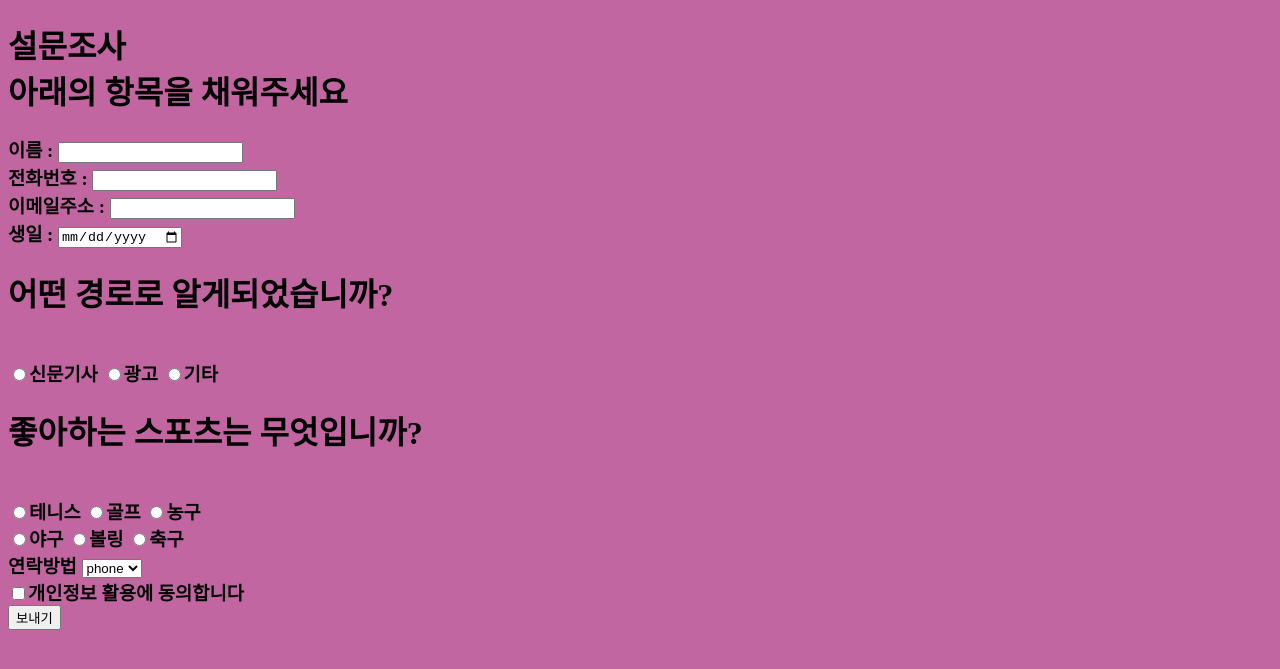
Repository: violetaplum/eclipseJSP
Page: http://localhost/JSP/jsp_DB/dao.jsp
The author's editor kept a copy of each file at every save. The page is drawn from the files as they stood at one save, then again after a run of saves.
The browser window is 1280 px wide. The pictures show the whole page.
The page is served by Tomcat 9. Other server files are loaded and not shown.

Above is the page before, as saved 2019-06-12 10:08:02.

### JSP/WebContent/jsp_DB/dao.jsp
<%@page import="java.sql.PreparedStatement"%>
<%@page import="java.sql.DriverManager"%>
<%@page import="java.sql.Connection"%>
<%@page import="java.sql.ResultSet" %>
<%@page import="java.util.ArrayList"%>
<%-- <%@page import="telinfoDAO.TelInfoDAO"%>
<%@page import="telinfoVO.TelInfoVO"%> --%>
<%@ page language="java" contentType="text/html; charset=UTF-8"
    pageEncoding="UTF-8"%>
<%request.setCharacterEncoding("utf-8");%>

<%-- <%
response.setCharacterEncoding("utf-8");
TelInfoDAO tidao = new TelInfoDAO();
ArrayList<TelInfoVO> tiArray = tidao.getAllInfo();

%> --%>
<!DOCTYPE html>
<html>
<head>
  <style>
  body
  {
    background: #c166a1;
    align:center;
  }
  </style>

</head>
<body>

<form action="./dao2.jsp" method="get">
<h1>
설문조사<br>

아래의 항목을 채워주세요<br>
</h1>
<h3>
이름 : <input type="text" name="name" /><br>
전화번호 : <input type="text" name="tel" /><br>
이메일주소 : <input type="text" name="email" /><br>
생일 : <input type="date" name="birth" /><br>
</h3>

<h1>어떤 경로로 알게되었습니까?</h1><h3><br>
<input type="radio" name="radio1" value="신문기사"/>신문기사 <input type="radio" name="radio1" value="광고"/>광고  <input type="radio" name="radio1" value="기타" />기타
</h3>
<h1>좋아하는 스포츠는 무엇입니까?</h1><h3><br>
<input type="radio" name="radio2" value="테니스" />테니스  <input type="radio" name="radio2" value="골프" />골프  <input type="radio" name="radio2" value="농구" />농구<br>
<input type="radio" name="radio2" value="야구" />야구  <input type="radio" name="radio2" value="볼링" />볼링  <input type="radio" name="radio2" value="축구" />축구<br>

연락방법  <select name="select" id="select" value="select">
          <option value="phone">
            phone
          </option>
          <option value="email">
            email
          </option>
          <option value="sms">
            sms
          </option>
</select><br>

<input type="checkbox" name="check" />개인정보 활용에 동의합니다<br>
<input type="submit" value="보내기" /><br>


</form>

</h3>


</body>
</html>

After the next 5 saves:
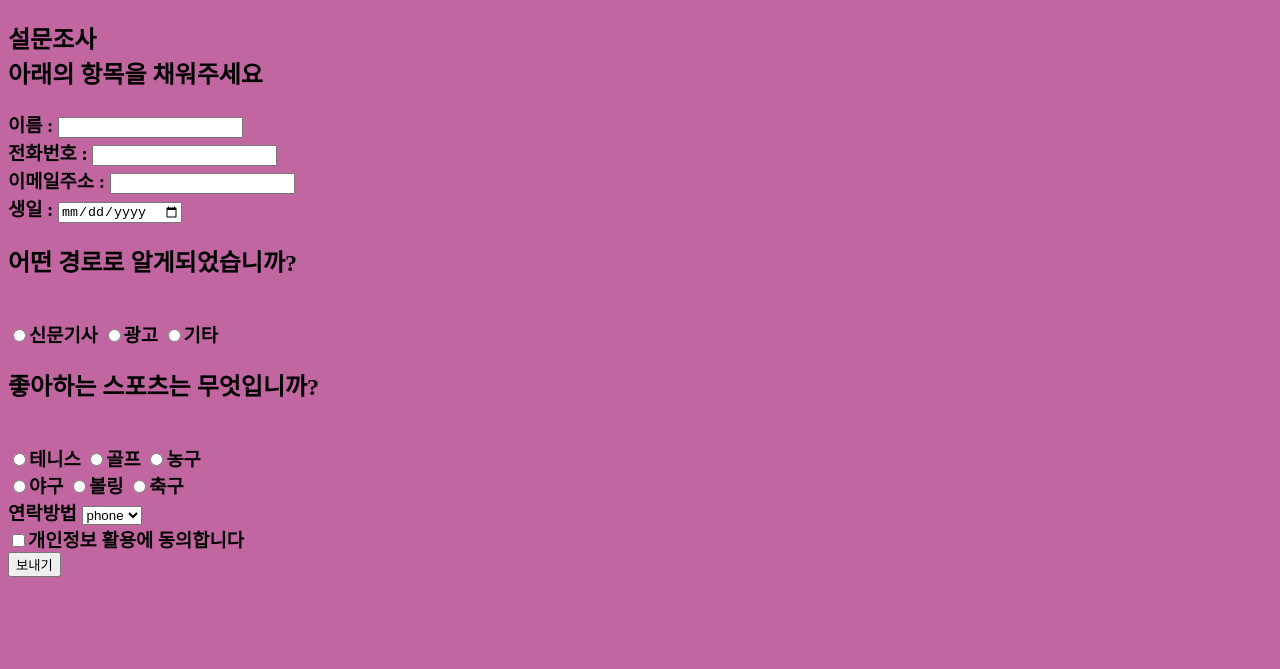
The 5 saves are shown as one change because they came seconds apart.
The last was saved 24 s later.
--- a/JSP/WebContent/jsp_DB/dao.jsp
+++ b/JSP/WebContent/jsp_DB/dao.jsp
@@ -30,11 +30,11 @@ ArrayList<TelInfoVO> tiArray = tidao.getAllInfo();
 <body>
 
 <form action="./dao2.jsp" method="get">
-<h1>
+<h2>
 설문조사<br>
 
 아래의 항목을 채워주세요<br>
-</h1>
+</h2>
 <h3>
 이름 : <input type="text" name="name" /><br>
 전화번호 : <input type="text" name="tel" /><br>
@@ -42,10 +42,10 @@ ArrayList<TelInfoVO> tiArray = tidao.getAllInfo();
 생일 : <input type="date" name="birth" /><br>
 </h3>
 
-<h1>어떤 경로로 알게되었습니까?</h1><h3><br>
+<h2>어떤 경로로 알게되었습니까?</h2><h3><br>
 <input type="radio" name="radio1" value="신문기사"/>신문기사 <input type="radio" name="radio1" value="광고"/>광고  <input type="radio" name="radio1" value="기타" />기타
 </h3>
-<h1>좋아하는 스포츠는 무엇입니까?</h1><h3><br>
+<h2>좋아하는 스포츠는 무엇입니까?</h2><h3><br>
 <input type="radio" name="radio2" value="테니스" />테니스  <input type="radio" name="radio2" value="골프" />골프  <input type="radio" name="radio2" value="농구" />농구<br>
 <input type="radio" name="radio2" value="야구" />야구  <input type="radio" name="radio2" value="볼링" />볼링  <input type="radio" name="radio2" value="축구" />축구<br>
 
